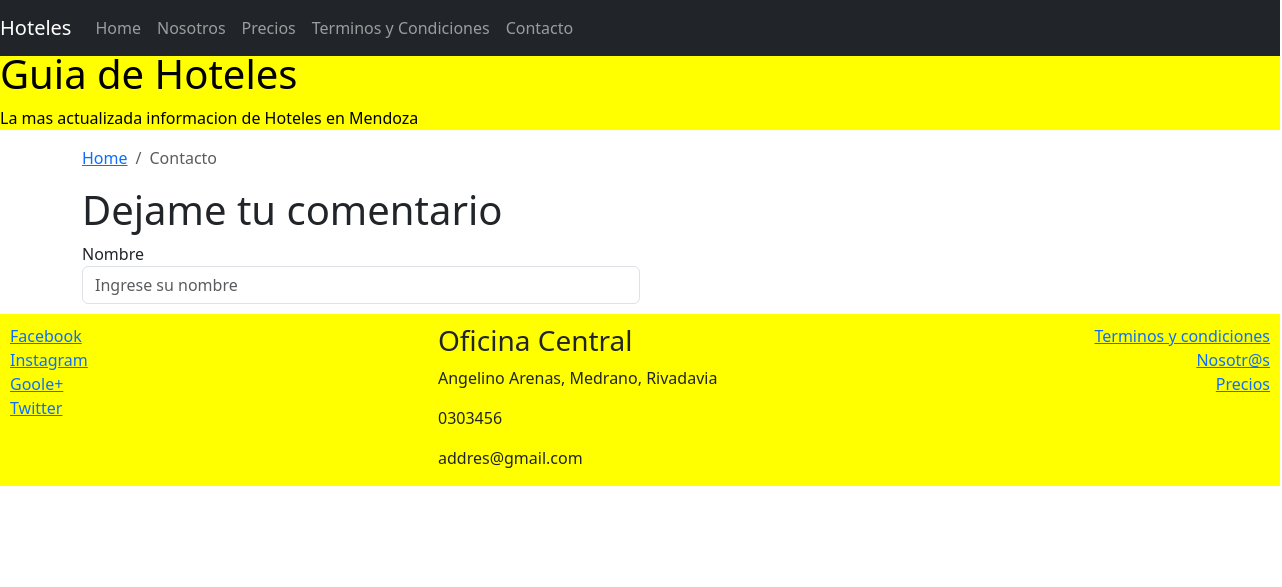
Repository: JulianMoralesSantoni/PaginaHoteles
Page: contacto.html
An editor plug-in stored every save of this project. The page is shown before and after the next save, followed by the edit.
The browser window is 1280 px wide. The page is 1282 px wide, so the pictures cover 1282 px, including what lies to the right of the window. The pictures show the whole page.
Some web libraries are served in a nearby version.

Above is the page before, as saved 2021-03-28 18:18:06.

### contacto.html
<!doctype html>
<html lang="en">
  <head>
    <!-- Required meta tags -->
    <meta charset="utf-8">
    <meta name="viewport" content="width=device-width, initial-scale=1, shrink-to-fit=no">

    <!-- Bootstrap CSS -->
    <link rel="stylesheet" href="node_modules/bootstrap/dist/css/bootstrap.min.css" >
    <link rel="stylesheet" href="css/main.css" >

    <title>Guia de Hoteles</title>
  </head>
  <body>
    <nav class="navbar navbar-expand-md navbar-dark bg-dark fixed-top" >
      <a class="navbar-brand" href="#">Hoteles</a>
      <button class="navbar-toggler" type="button" data-toggle="collapse" data-target="#navbarNav" aria-controls="navbarNav" aria-expanded="false" aria-label="Toggle navigation">
        <span class="navbar-toggler-icon"></span>
      </button>
      <div class="collapse navbar-collapse" id="navbarNav">
        <ul class="navbar-nav">
          <li class="nav-item">
            <a class="nav-link" href="./index.html">Home </a>
          </li>
          <li class="nav-item">
            <a class="nav-link" href="./about.html">Nosotros</a>
          </li>
          <li class="nav-item">
            <a class="nav-link" href="#">Precios</a>
          </li>
          <li class="nav-item">
            <a class="nav-link" href="#">Terminos y Condiciones</a>
          </li>
          <li class="nav-item active">
            <a class="nav-link" href="./contacto.html">Contacto</a>
          </li>

        </ul>
      </div>
    </nav>
    <div class="jumbotron">
      <h1>Guia de Hoteles</h1>

      <p>La mas actualizada informacion de Hoteles en Mendoza</p>
    </div>

    <div class="container">
      <nav aria-label="breadcrumb">
        <ol class="breadcrumb">
          <li class="breadcrumb-item"><a href="./index.html">Home</a></li>
          <li class="breadcrumb-item active" aria-current="page">Contacto</li>
        </ol>
      </nav>
      <h1>Dejame tu comentario</h1>
      <form>
        <div class="form-row">
          <div class="form-group col-sm-6">
            <label for="nombre">Nombre</label>
            <input type="text" class="form-control" id="nombre" placeholder="Ingrese su nombre">

          </div>
          <div class="form-group col-sm-6"></div>
        </div>

      </form>

  </div>

 <footer>
   <div class="row">
     <div class="col-sm-4 d-flex flex-column ">
      <a href="http:www.facebook.com">Facebook</a>
      <a href="http:www.instagram">Instagram</a>
      <a href="http:www.google.com">Goole+</a>
      <a href="http:www.Twitter.com">Twitter</a>
     </div>
   <div class="col-sm-4">
    <address>
      <h3>Oficina Central</h3>
      <p>Angelino Arenas, Medrano, Rivadavia</p>
      <p>0303456</p>
      <p>addres@gmail.com</p>


    </address>
  </div>
  <div class="col-sm-4 d-flex flex-column align-items-end">
     <a href="http:www.facebook.com">Terminos y condiciones</a>
      <a href="http:www.instagram">Nosotr@s</a>
      <a href="http:www.google.com">Precios</a>



  </div>


 </footer>


    <!-- Optional JavaScript -->
    <!-- jQuery first, then Popper.js, then Bootstrap JS -->
 <!--<script src="node_modules/jquery/dist/jquery.min.js" integrity="sha384-DfXdz2htPH0lsSSs5nCTpuj/zy4C+OGpamoFVy38MVBnE+IbbVYUew+OrCXaRkfj" crossorigin="anonymous"></script>
    <script src="node_modules/popper.js/dist/popper.min.js" integrity="sha384-9/reFTGAW83EW2RDu2S0VKaIzap3H66lZH81PoYlFhbGU+6BZp6G7niu735Sk7lN" crossorigin="anonymous"></script>
    <script src="node_modules/bootstrap/dist/js/bootstrap.min.js" integrity="sha384-B4gt1jrGC7Jh4AgTPSdUtOBvfO8shuf57BaghqFfPlYxofvL8/KUEfYiJOMMV+rV" crossorigin="anonymous"></script> -->
    <script src="https://code.jquery.com/jquery-3.5.1.slim.min.js" integrity="sha384-DfXdz2htPH0lsSSs5nCTpuj/zy4C+OGpamoFVy38MVBnE+IbbVYUew+OrCXaRkfj" crossorigin="anonymous"></script>
<script src="https://cdn.jsdelivr.net/npm/bootstrap@4.5.3/dist/js/bootstrap.bundle.min.js" integrity="sha384-ho+j7jyWK8fNQe+A12Hb8AhRq26LrZ/JpcUGGOn+Y7RsweNrtN/tE3MoK7ZeZDyx" crossorigin="anonymous"></script>
  </body>
</html>

### css/main.css
.jumbotron{

	background-color: yellow;
	color:black;
	margin-top: 50px;

}


footer{
	padding: 10px 10px 0 10px;
	background-color: yellow;

	margin-bottom: : 0px;
	margin-top: 10px;

}
.card-hotel{
	flex: 1 150px;
	padding: 2px 5px 2px 5px;

}
.btn-reserva{
	width: 100%;
	position: all;


}
.footer-address-icon{

	padding-right: 20px;
}

After the next save:
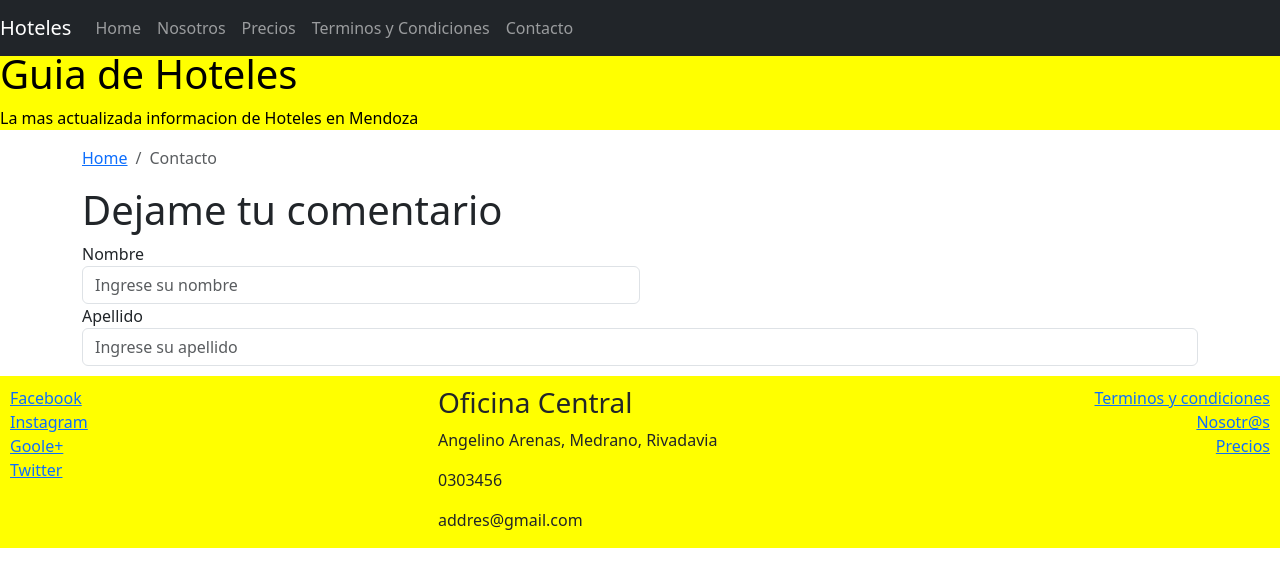
Saved 99 s later.
--- a/contacto.html
+++ b/contacto.html
@@ -60,6 +60,8 @@
 
           </div>
           <div class="form-group col-sm-6"></div>
+          <label for="apellido">Apellido</label>
+            <input type="text" class="form-control" id="apellido" placeholder="Ingrese su apellido">
         </div>
 
       </form>
